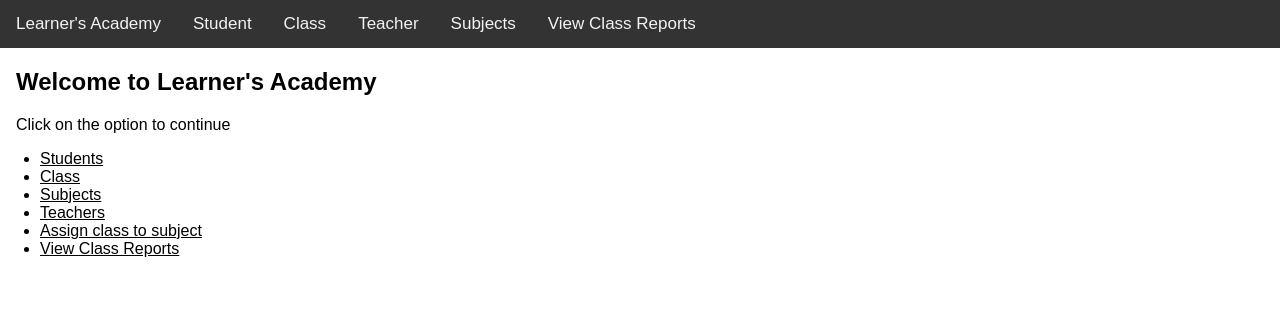
Repository: chirag627/Phase-2-Project
Page: http://localhost/Academy/web/home.jsp
An editor plug-in stored every save of this project. The page is shown before and after the next save, followed by the edit.
The browser window is 1280 px wide. The pictures show the whole page.
The page is served by Tomcat 9.

Above is the page before, as saved 2022-08-15 13:04:33.

After the next save:
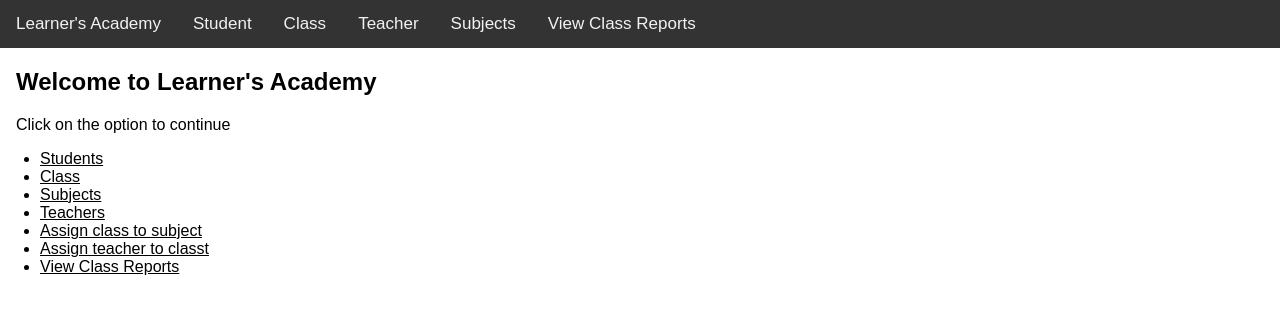
Saved 64 s later.
--- a/Academy/src/main/webapp/web/home.jsp
+++ b/Academy/src/main/webapp/web/home.jsp
@@ -60,6 +60,8 @@ ul li a {
 		<li><a href="../AcademySubjectServlet?action=doRead">Subjects</a></li>
 		<li><a href="../AcademyTeacherServlet?action=doRead">Teachers</a></li>
 		<li><a href="../AcademyAssignClass?action=doRead">Assign class to subject</a>
+		<li><a href="../AcademyAssignteacher?action=doRead">Assign teacher to classt</a>
+
 		<li><a href="./viewClassReports.html">View Class Reports</a></li>
 
 	</ul>
